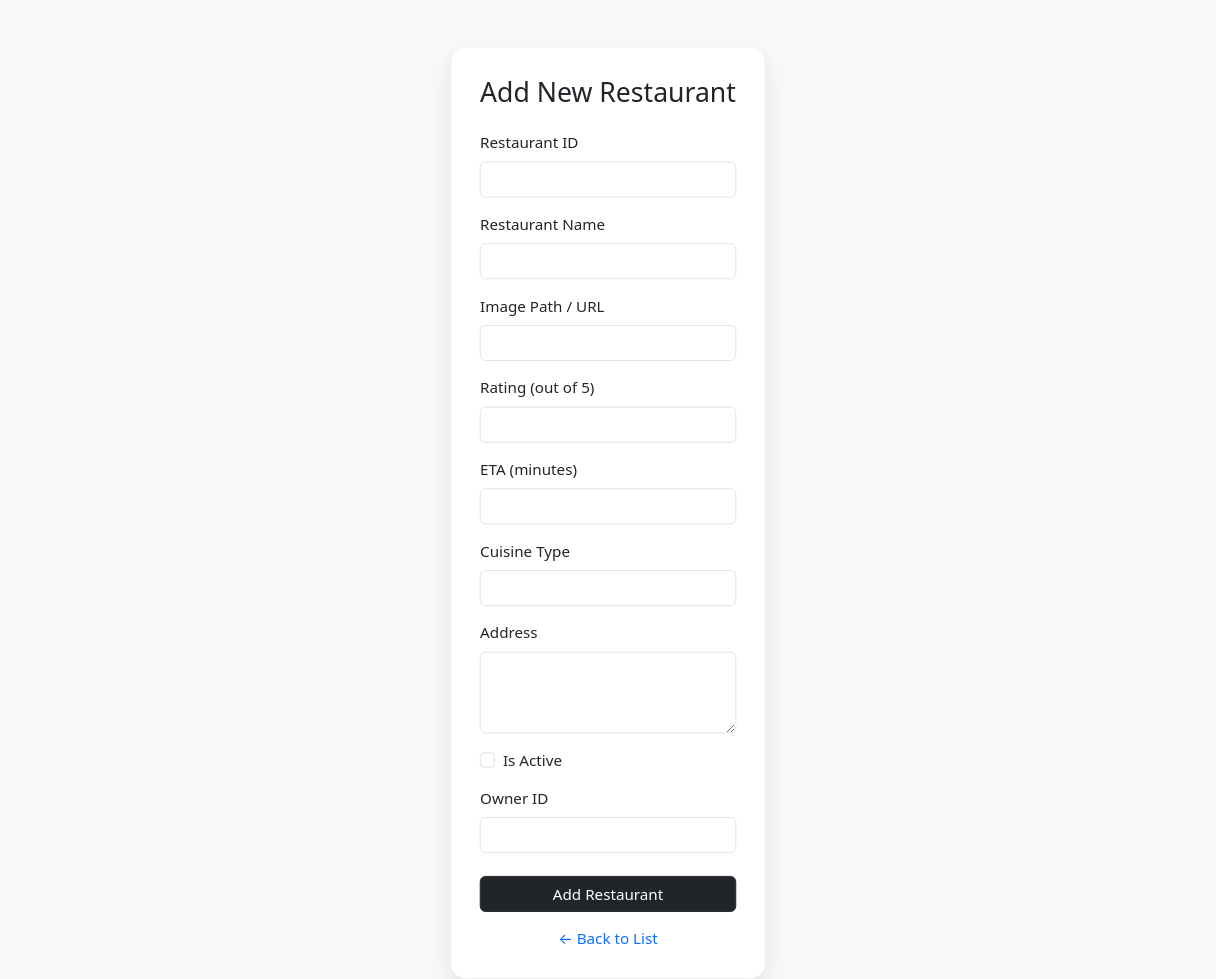
Repository: Rupeswarbhainsa777/Food-Web-App
Page: http://localhost/TapFoodApp/addRestaurant.jsp
An editor plug-in stored every save of this project. The page is shown before and after the next save, followed by the edit.
The browser window is 1280 px wide. The pictures show the whole page, at 95% of full size.
The page is served by Tomcat 10. Nobody is signed in. The application's start-up code is not run.

Above is the page before, as saved 2025-05-14 23:17:19.

After the next save:
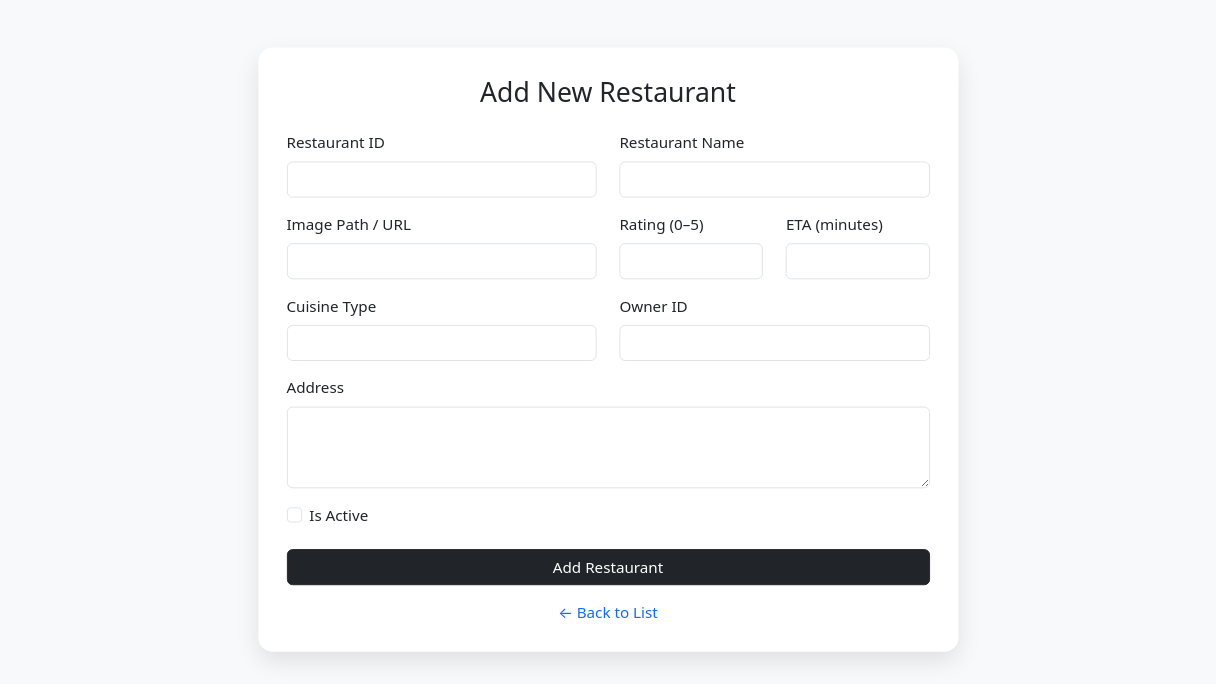
Saved 60 s later.
--- a/TapFoodApp/src/main/webapp/addRestaurant.jsp
+++ b/TapFoodApp/src/main/webapp/addRestaurant.jsp
@@ -16,7 +16,7 @@
         }
         .form-container {
             margin-top: 50px;
-            max-width: 600px;
+            max-width: 800px;
             background-color: #fff;
             padding: 30px;
             border-radius: 15px;
@@ -24,6 +24,11 @@
         }
         .btn-custom {
             width: 100%;
+        }
+        @media (max-width: 768px) {
+            .form-row .col-md-6 {
+                margin-bottom: 1rem;
+            }
         }
     </style>
 </head>
@@ -33,34 +38,41 @@
     <div class="form-container">
         <h3 class="text-center mb-4">Add New Restaurant</h3>
         <form action="AddRestaurantServlet" method="post">
-            <div class="mb-3">
-                <label for="restaurantId" class="form-label">Restaurant ID</label>
-                <input type="text" class="form-control" id="restaurantId" name="restaurantId" required>
+            <div class="row mb-3">
+                <div class="col-md-6">
+                    <label for="restaurantId" class="form-label">Restaurant ID</label>
+                    <input type="text" class="form-control" id="restaurantId" name="restaurantId" required>
+                </div>
+                <div class="col-md-6">
+                    <label for="name" class="form-label">Restaurant Name</label>
+                    <input type="text" class="form-control" id="name" name="name" required>
+                </div>
             </div>
 
-            <div class="mb-3">
-                <label for="name" class="form-label">Restaurant Name</label>
-                <input type="text" class="form-control" id="name" name="name" required>
+            <div class="row mb-3">
+                <div class="col-md-6">
+                    <label for="imagePath" class="form-label">Image Path / URL</label>
+                    <input type="text" class="form-control" id="imagePath" name="imagePath" required>
+                </div>
+                <div class="col-md-3">
+                    <label for="rating" class="form-label">Rating (0–5)</label>
+                    <input type="number" step="0.1" min="0" max="5" class="form-control" id="rating" name="rating" required>
+                </div>
+                <div class="col-md-3">
+                    <label for="eta" class="form-label">ETA (minutes)</label>
+                    <input type="number" class="form-control" id="eta" name="eta" required>
+                </div>
             </div>
 
-            <div class="mb-3">
-                <label for="imagePath" class="form-label">Image Path / URL</label>
-                <input type="text" class="form-control" id="imagePath" name="imagePath" required>
-            </div>
-
-            <div class="mb-3">
-                <label for="rating" class="form-label">Rating (out of 5)</label>
-                <input type="number" step="0.1" min="0" max="5" class="form-control" id="rating" name="rating" required>
-            </div>
-
-            <div class="mb-3">
-                <label for="eta" class="form-label">ETA (minutes)</label>
-                <input type="number" class="form-control" id="eta" name="eta" required>
-            </div>
-
-            <div class="mb-3">
-                <label for="cuisineType" class="form-label">Cuisine Type</label>
-                <input type="text" class="form-control" id="cuisineType" name="cuisineType" required>
+            <div class="row mb-3">
+                <div class="col-md-6">
+                    <label for="cuisineType" class="form-label">Cuisine Type</label>
+                    <input type="text" class="form-control" id="cuisineType" name="cuisineType" required>
+                </div>
+                <div class="col-md-6">
+                    <label for="ownerId" class="form-label">Owner ID</label>
+                    <input type="number" class="form-control" id="ownerId" name="ownerId" required>
+                </div>
             </div>
 
             <div class="mb-3">
@@ -68,24 +80,17 @@
                 <textarea class="form-control" id="address" name="address" rows="3" required></textarea>
             </div>
 
-            <div class="form-check mb-3">
+            <div class="form-check mb-4">
                 <input class="form-check-input" type="checkbox" id="isActive" name="isActive" value="true">
-                <label class="form-check-label" for="isActive">
-                    Is Active
-                </label>
+                <label class="form-check-label" for="isActive">Is Active</label>
             </div>
 
-            <div class="mb-4">
-                <label for="ownerId" class="form-label">Owner ID</label>
-                <input type="number" class="form-control" id="ownerId" name="ownerId" required>
+            <button type="submit" class="btn btn-dark btn-custom mb-2">Add Restaurant</button>
+
+            <div class="text-center mt-2">
+                <a href="restaurantList.jsp" class="text-decoration-none">&larr; Back to List</a>
             </div>
-
-            <button type="submit" class="btn btn-dark btn-custom">Add Restaurant</button>
         </form>
-
-        <div class="text-center mt-3">
-            <a href="restaurantList.jsp" class="text-decoration-none">&larr; Back to List</a>
-        </div>
     </div>
 </div>
 
